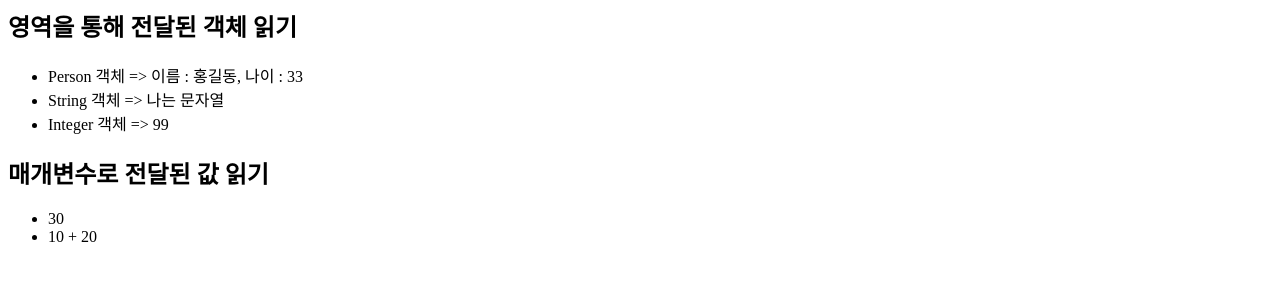
Repository: jungwoonAn/jsp_basic
Page: http://localhost/MustHaveJSP/10_EL/ObjectParams.jsp
These files come from the project's save history. The page is drawn as it stood at one moment and after the next save; the edit follows.
The browser window is 1280 px wide. The pictures show the whole page.
The page is served by Tomcat 10.

Above is the page before, as saved 2024-10-24 06:25:00.

After the next save:
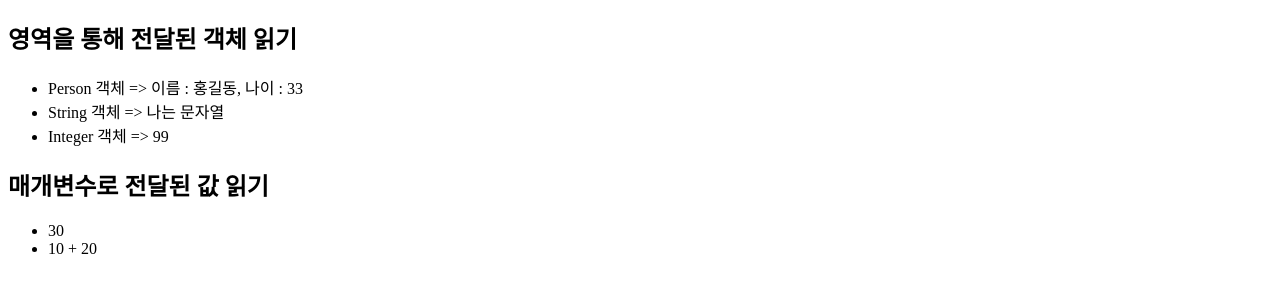
Saved 29 s later.
--- a/MustHaveJSP/src/main/webapp/10_EL/ObjectResult.jsp
+++ b/MustHaveJSP/src/main/webapp/10_EL/ObjectResult.jsp
@@ -1,9 +1,12 @@
 <%@ page import="common.Person"%>
 <%@ page language="java" contentType="text/html; charset=UTF-8"
     pageEncoding="UTF-8"%>
+<!DOCTYPE html>
 <html>
+<head>
 <meta charset="UTF-8">
-<head><title>표현 언어(EL) - 객체 매개변수</title></head>
+<title>표현 언어(EL) - 객체 매개변수</title>
+</head>
 <body>
     <h2>영역을 통해 전달된 객체 읽기</h2>
     <ul>
@@ -11,6 +14,7 @@
         <li>String 객체 => ${ requestScope.stringObj }</li>
         <li>Integer 객체 => ${ integerObj }</li>
     </ul>
+
     <h2>매개변수로 전달된 값 읽기</h2>
     <ul>
         <li>${ param.firstNum + param['secondNum'] }</li>
